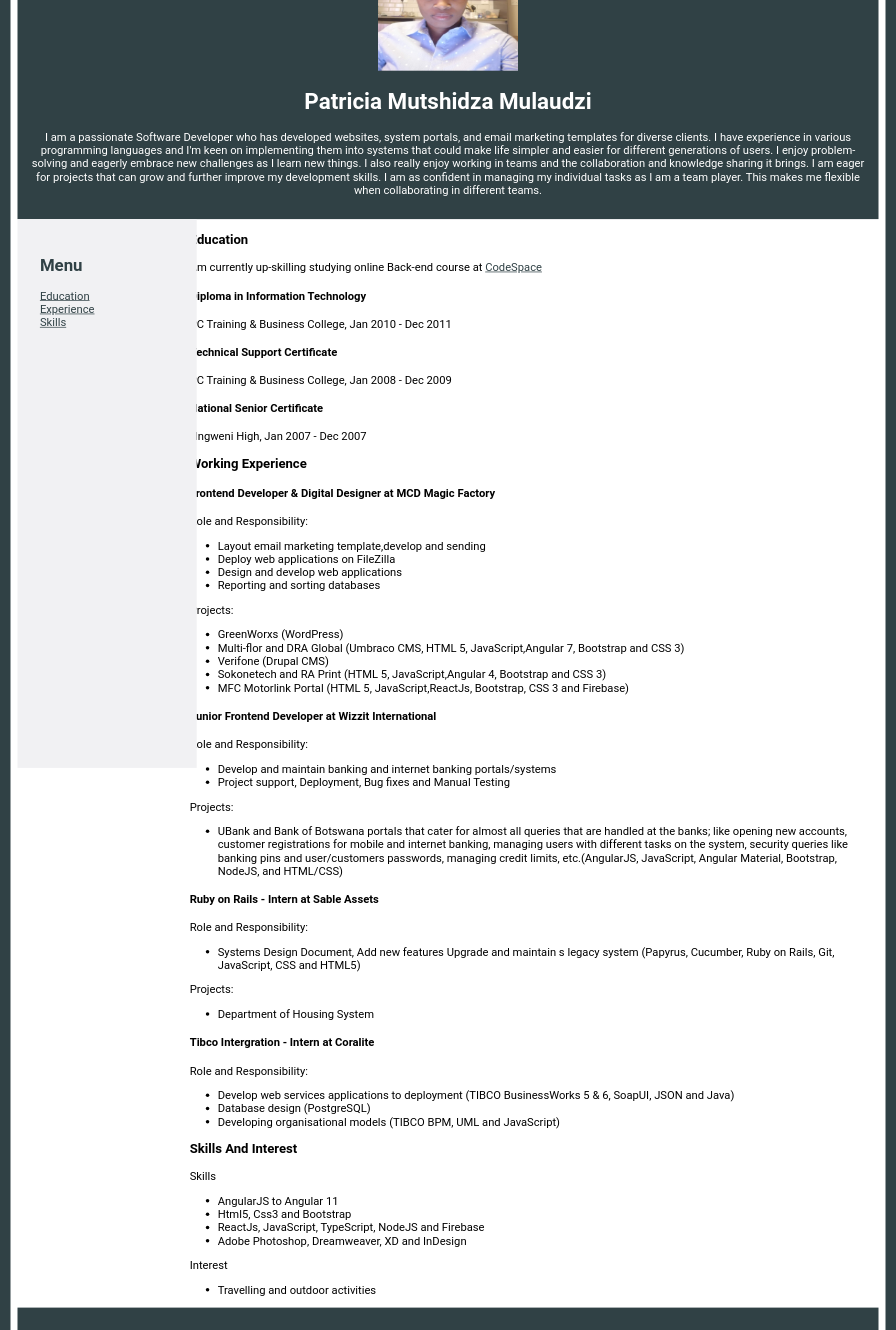
Repository: Patricious/Digital-Resume-01
Page: index.html
These files come from the project's save history. The page is drawn as it stood at one moment and after the next save; the edit follows.
The browser window is 1280 px wide. The pictures show the part of the page from y = 140 to 2040 px (the page is 2437 px tall before and 2389 px after), at 70% of full size.
A picture or video elsewhere on the page could not be fetched, so the positions and the page height are approximate.

Above is the page before, as saved 2021-08-23 11:03:11.

### index.html
<!DOCTYPE html>
<html>

<head>
    <title>Patricia Digital Resume</title>
    <link rel="stylesheet" type="text/css" href="css/stylesheet.css">
</head>

<body>

    <header>
        <img src="img/IMG_20200502_085519.jpg" alt="profile" width="200" height="200" />
        <h1>Patricia Mutshidza Mulaudzi</h1>
        <p>I am a passionate Software Developer who has developed websites, system portals, and email marketing templates for diverse clients. I have experience in various programming languages and I'm keen on implementing them into systems that could make
            life simpler and easier for different generations of users. I enjoy problem-solving and eagerly embrace new challenges as I learn new things. I also really enjoy working in teams and the collaboration and knowledge sharing it brings. I am
            eager for projects that can grow and further improve my development skills. I am as confident in managing my individual tasks as I am a team player. This makes me flexible when collaborating in different teams.</p>
    </header>
    <aside>
        <h2>Menu</h2>
        <ul class="nav">
            <li>
                <a href="#education">Education</a>
            </li>
            <li>
                <a href="#experience">Experience</a>
            </li>
            <li>
                <a href="#skills">Skills</a>
            </li>

        </ul>
    </aside>
    <section>
        <article>
            <h3 id="#education"> <span>Education</span>
            </h3>
            <p> Am currently up-skilling studying online Back-end course at
                <a href="https://www.codespace.co.za/courses/?matchtype=b&device=c&keyword=codespace&adgroupid=81088003381&utm_campaign=8148639553&utm_source=google&utm_medium=cpc&gclid=EAIaIQobChMIkP_7q8bG8gIV1uvtCh0w7A1-EAAYASAAEgL34vD_BwE"> CodeSpace</a>
            </p>

            <h4>Diploma in Information Technology </h4>

            <p>PC Training & Business College, Jan 2010 - Dec 2011</p>
            <h4>Technical Support Certificate </h4>


            <p>PC Training & Business College, Jan 2008 - Dec 2009</p>

            <h4>National Senior Certificate</h4>


            <p>Nngweni High, Jan 2007 - Dec 2007</p>
        </article>
    </section>
    <section>
        <article>
            <h3 id="#experience"> Working Experience</h3>
            <h4>Frontend Developer & Digital Designer at MCD Magic Factory
            </h4>
            <p>Role and Responsibility:</p>
            <ul>
                <li>Layout email marketing template,develop and sending</li>
                <li> Deploy web applications on FileZilla</li>
                <li>Design and develop web applications</li>
                <li>Reporting and sorting databases</li>
            </ul>
            <p>Projects:</p>
            <ul>
                <li>GreenWorxs (WordPress)</li>
                <li>Multi-flor and DRA Global (Umbraco CMS, HTML 5, JavaScript,Angular 7, Bootstrap and CSS 3)</li>
                <li>Verifone (Drupal CMS)</li>
                <li>Sokonetech and RA Print (HTML 5, JavaScript,Angular 4, Bootstrap and CSS 3)</li>
                <li>MFC Motorlink Portal (HTML 5, JavaScript,ReactJs, Bootstrap, CSS 3 and Firebase)</li>
            </ul>

            <h4>Junior Frontend Developer at Wizzit International
            </h4>
            <p>Role and Responsibility:</p>
            <ul>
                <li>Develop and maintain banking and internet banking portals/systems</li>
                <li>Project support, Deployment, Bug fixes and Manual Testing</li>

            </ul>
            <p>Projects:</p>
            <ul>
                <li>UBank and Bank of Botswana portals that cater for almost all queries that are handled at the banks; like opening new accounts, customer registrations for mobile and internet banking, managing users with different tasks on the system, security
                    queries like banking pins and user/customers passwords, managing credit limits, etc.(AngularJS, JavaScript, Angular Material, Bootstrap, NodeJS, and HTML/CSS)</li>
            </ul>

            <h4>Ruby on Rails - Intern at Sable Assets
            </h4>
            <p>Role and Responsibility:</p>
            <ul>
                <li>Systems Design Document, Add new features Upgrade and maintain s legacy system (Papyrus, Cucumber, Ruby on Rails, Git, JavaScript, CSS and HTML5)</li>

            </ul>
            <p>Projects:</p>
            <ul>
                <li>Department of Housing System</li>
            </ul>

            <h4>Tibco Intergration - Intern at Coralite
            </h4>
            <p>Role and Responsibility:</p>
            <ul>
                <li>Develop web services applications to deployment (TIBCO BusinessWorks 5 & 6, SoapUI, JSON and Java)
                </li>
                <li>Database design (PostgreSQL)</li>
                <li>Developing organisational models (TIBCO BPM, UML and JavaScript)</li>
            </ul>
        </article>
    </section>
    <section>
        <article>
            <h3 id="#skills">Skills And Interest</h3>
            <p>Skills</p>
            <ul>
                <li>AngularJS to Angular 11</li>
                <li>Html5, Css3 and Bootstrap</li>
                <li>ReactJs, JavaScript, TypeScript, NodeJS and Firebase</li>
                <li>Adobe Photoshop, Dreamweaver, XD and InDesign</li>
            </ul>
            <p>Interest </p>
            <ul>
                <li>Travelling and outdoor activities</li>
            </ul>
        </article>
    </section>
    <footer>
        <h2>Contact Details</h2>
        <a href="https://www.linkedin.com/in/patricia-mulaudzi-93b526101/"><img src="In.jpeg" alt="LinkedIN"></a>
        <a href=""><img src="fb.png" alt="Facebook"></a>
        <a href="mailto:mulaudzi689@gmail.com"><img src="Gm.png" alt="Gmail"></a>
    </footer>
</body>

</html>

### css/stylesheet.css
    body {
        font-family: 'Roboto', sans-serif;
        font-size: 100%;
        background-color: #ffffff;
        margin: 10px;
        overflow: scroll;
    }

    html {
        border: 15px solid #304145;
    }

    header {
        text-align: center;
        background-color: #304145;
        color: #ffffff;
        padding: 1em;
    }

    aside {
        background-color: #F1F1F3;
        color: #304145;
        width: 15%;
        padding: 2em;
        height: 100%;
        float: left;
        position: absolute;
        flex: 0 0 auto;
    }

    .nav {
        list-style-type: none;
        margin: 0;
        padding: 0;
    }

    a {
        color: #304145;
    }

    section {
        margin-left: 20%;
        background-color: #ffffff;
    }

    footer {
        background-color: #304145;
        text-align: center;
        color: #ffffff;
        padding: 1em;
    }

After the next save:
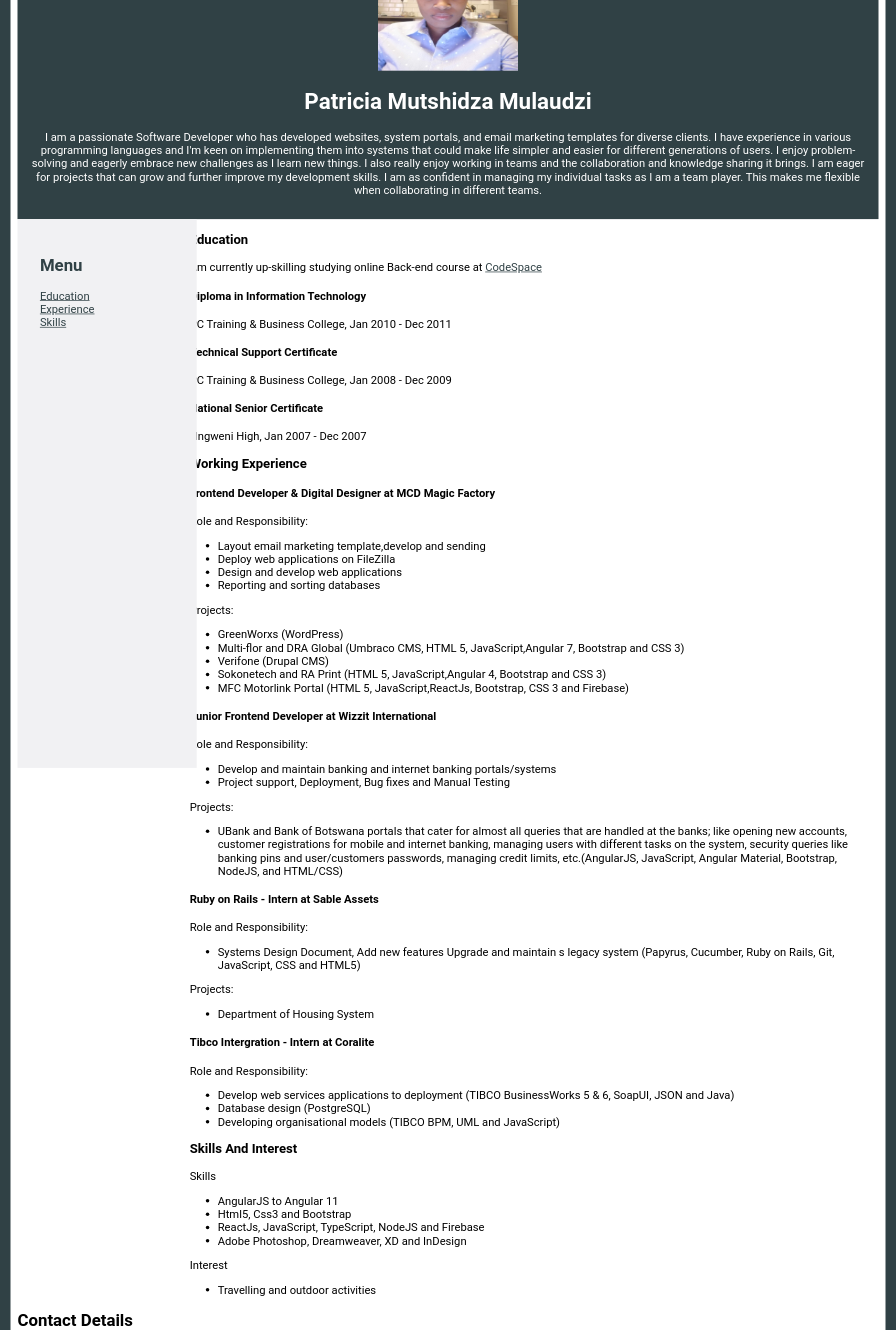
Saved 7 s later.
--- a/css/stylesheet.css
+++ b/css/stylesheet.css
@@ -43,7 +43,26 @@
         background-color: #ffffff;
     }
 
-    footer {
+    <section><article><h3 id="#education"><span>Education</span></h3><p>Am currently up-skilling studying online Back-end course at <a href="https://www.codespace.co.za/courses/?matchtype=b&device=c&keyword=codespace&adgroupid=81088003381&utm_campaign=8148639553&utm_source=google&utm_medium=cpc&gclid=EAIaIQobChMIkP_7q8bG8gIV1uvtCh0w7A1-EAAYASAAEgL34vD_BwE">CodeSpace</a></p><h4>Diploma in Information Technology </h4><p>PC Training & Business College,
+    Jan 2010 - Dec 2011</p><h4>Technical Support Certificate </h4><p>PC Training & Business College,
+    Jan 2008 - Dec 2009</p><h4>National Senior Certificate</h4><p>Nngweni High,
+    Jan 2007 - Dec 2007</p><h3 id="#experience">Working Experience</h3><h4>Frontend Developer & Digital Designer at MCD Magic Factory </h4><p>Role and Responsibility:</p><ul><li>Layout email marketing template,
+    develop and sending</li><li>Deploy web applications on FileZilla</li><li>Design and develop web applications</li><li>Reporting and sorting databases</li></ul><p>Projects:</p><ul><li>GreenWorxs (WordPress)</li><li>Multi-flor and DRA Global (Umbraco CMS, HTML 5, JavaScript, Angular 7, Bootstrap and CSS 3)</li><li>Verifone (Drupal CMS)</li><li>Sokonetech and RA Print (HTML 5, JavaScript, Angular 4, Bootstrap and CSS 3)</li><li>MFC Motorlink Portal (HTML 5, JavaScript, ReactJs, Bootstrap, CSS 3 and Firebase)</li></ul><h4>Junior Frontend Developer at Wizzit International </h4><p>Role and Responsibility:</p><ul><li>Develop and maintain banking and internet banking portals/systems</li><li>Project support,
+    Deployment,
+    Bug fixes and Manual Testing</li></ul><p>Projects:</p><ul><li>UBank and Bank of Botswana portals that cater for almost all queries that are handled at the banks;
+    like opening new accounts,
+    customer registrations for mobile and internet banking,
+    managing users with different tasks on the system,
+    security queries like banking pins and user/customers passwords,
+    managing credit limits,
+    etc.(AngularJS, JavaScript, Angular Material, Bootstrap, NodeJS, and HTML/CSS)</li></ul><h4>Ruby on Rails - Intern at Sable Assets </h4><p>Role and Responsibility:</p><ul><li>Systems Design Document,
+    Add new features Upgrade and maintain s legacy system (Papyrus, Cucumber, Ruby on Rails, Git, JavaScript, CSS and HTML5)</li></ul><p>Projects:</p><ul><li>Department of Housing System</li></ul><h4>Tibco Intergration - Intern at Coralite </h4><p>Role and Responsibility:</p><ul><li>Develop web services applications to deployment (TIBCO BusinessWorks 5 & 6, SoapUI, JSON and Java) </li><li>Database design (PostgreSQL)</li><li>Developing organisational models (TIBCO BPM, UML and JavaScript)</li></ul><h3 id="#skills">Skills And Interest</h3><p>Skills</p><ul><li>AngularJS to Angular 11</li><li>Html5,
+    Css3 and Bootstrap</li><li>ReactJs,
+    JavaScript,
+    TypeScript,
+    NodeJS and Firebase</li><li>Adobe Photoshop,
+    Dreamweaver,
+    XD and InDesign</li></ul><p>Interest </p><ul><li>Travelling and outdoor activities</li></ul></article></section>footer {
         background-color: #304145;
         text-align: center;
         color: #ffffff;
